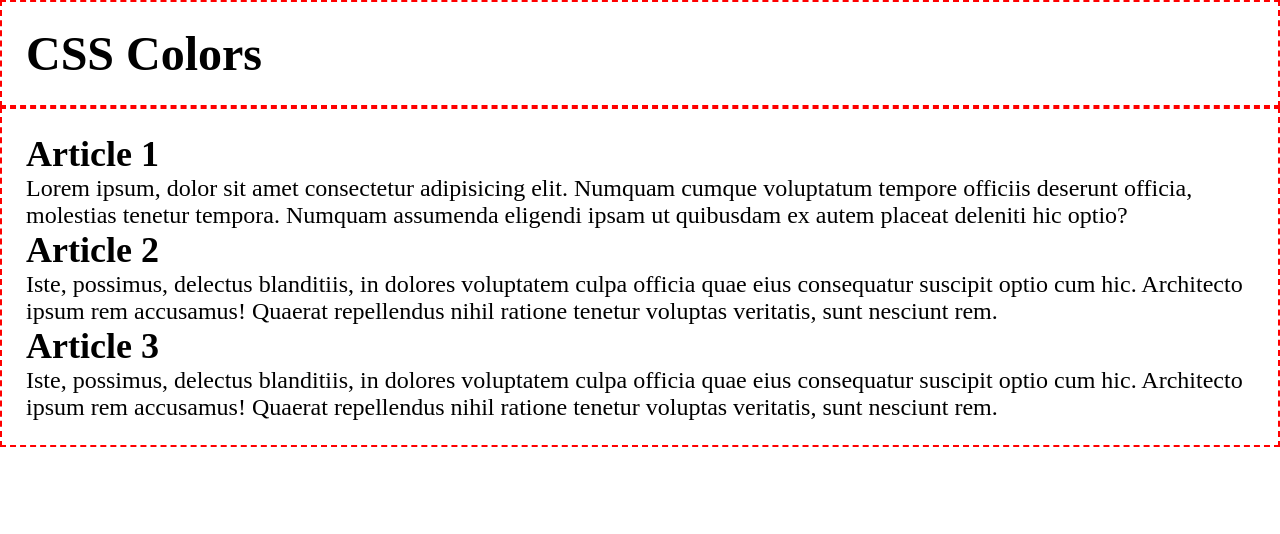
Repository: madhurik9999/Css
Page: index.html
The author's editor kept a copy of each file at every save. The page is drawn from the files as they stood at one save, then again after the next save.
The browser window is 1280 px wide. The pictures show the whole page.

Above is the page before, as saved 2023-12-09 12:05:26.

After the next save:
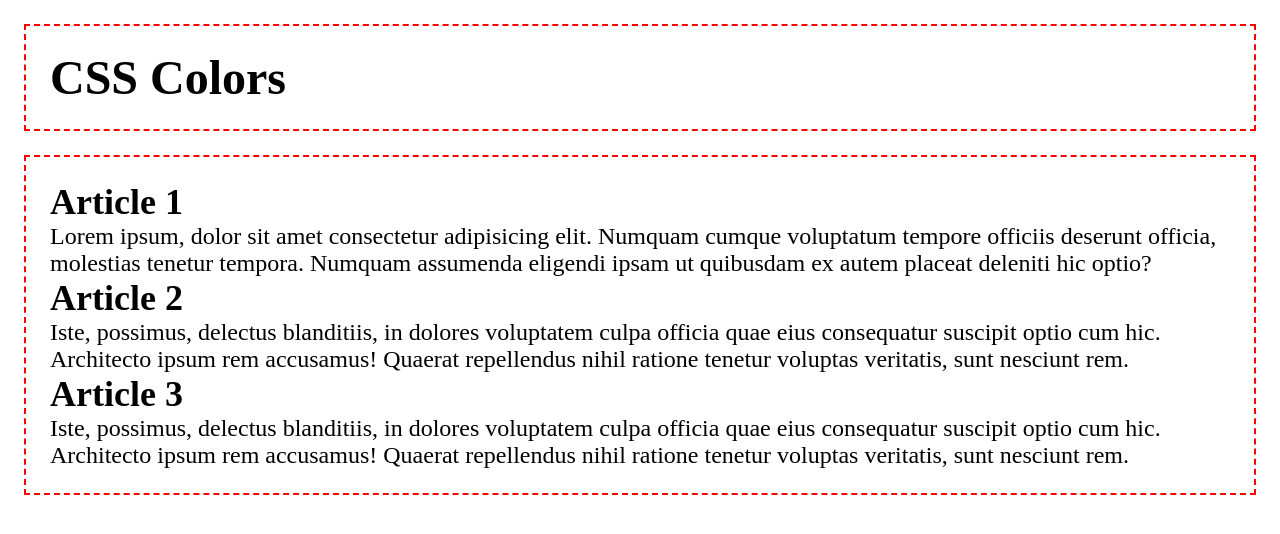
Saved 41 s later.
--- a/styles/style.css
+++ b/styles/style.css
@@ -99,5 +99,6 @@ h1 {
 .container {
     border: 2px dashed red;
     font-size: 1.5rem;
+    margin: 1.5rem;
     padding: 1.5rem;
 }
